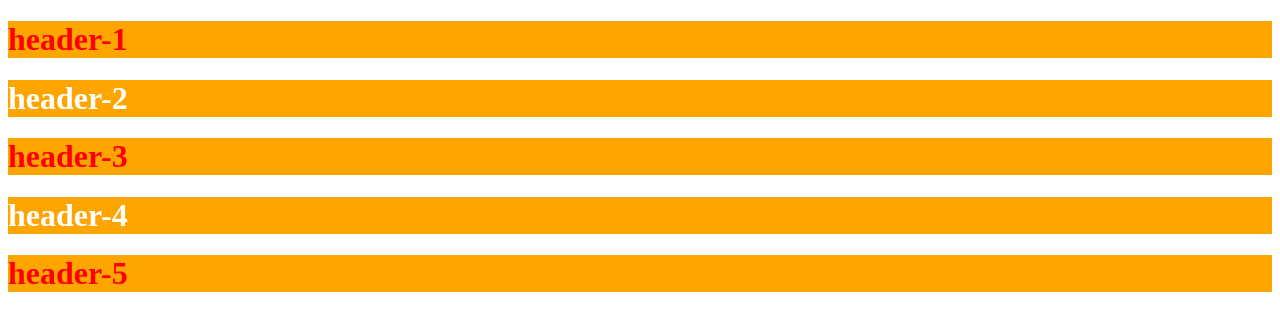
Repository: KYJIN1024/kic_jquery
Page: http://localhost/JQueryEx01/jquery29.jsp
An editor plug-in stored every save of this project. The page is shown before and after the next save, followed by the edit.
The browser window is 1280 px wide. The pictures show the whole page.
The page is served by Tomcat 9.

Above is the page before, as saved 2023-05-16 00:51:58.

After the next save:
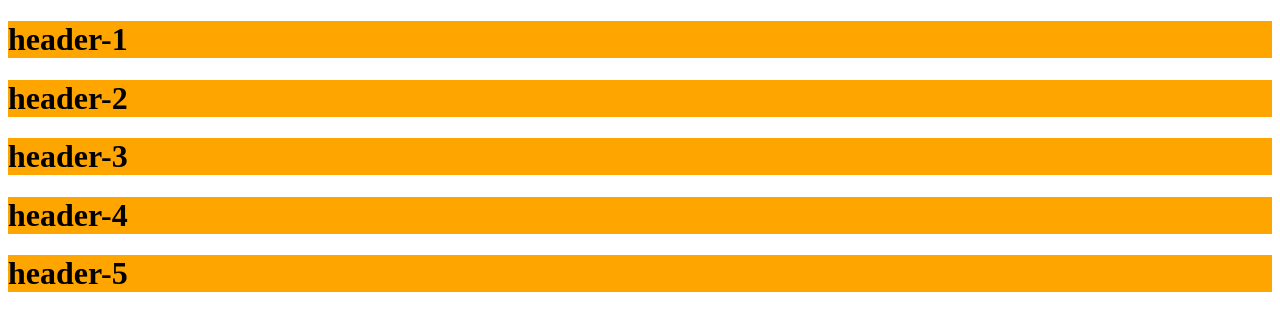
Console error: TypeError: $(...).css(...).$ is not a function
Saved 78 s later.
--- a/JQueryEx01/src/main/webapp/jquery29.jsp
+++ b/JQueryEx01/src/main/webapp/jquery29.jsp
@@ -9,9 +9,11 @@
 <script src="https://ajax.googleapis.com/ajax/libs/jquery/3.6.4/jquery.min.js"></script>
 <script>
 	$( document ).ready( function() {
-	 $('h1').css('background-color', 'orange');
-	 $('h1').filter(':even').css('color','red' );
-	 $('h1').filter(':odd').css('color','white' );
+	// $('h1').css('background-color', 'orange');
+	// $('h1').filter(':even').css('color','red' );
+	// $('h1').filter(':odd').css('color','white' );
+
+	$('h1').css('background-color', 'orange').$('h1').filter(':even').css('color','red' ).$('h1').filter(':odd').css('color','white' );
 	})
 
 </script>

After the 2 saves that followed:
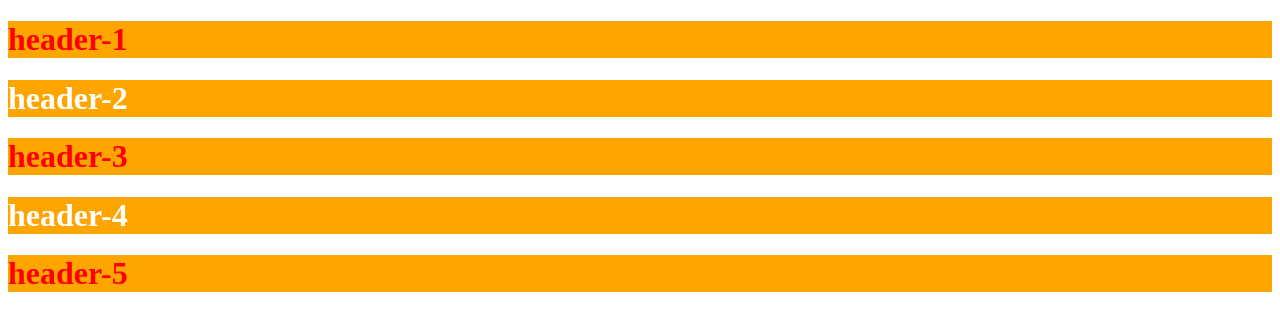
The error is gone.
The 2 saves are shown as one change because 1 left the picture as it was.
The last was saved 108 s later.
--- a/JQueryEx01/src/main/webapp/jquery29.jsp
+++ b/JQueryEx01/src/main/webapp/jquery29.jsp
@@ -13,8 +13,11 @@
 	// $('h1').filter(':even').css('color','red' );
 	// $('h1').filter(':odd').css('color','white' );
 
-	$('h1').css('background-color', 'orange').$('h1').filter(':even').css('color','red' ).$('h1').filter(':odd').css('color','white' );
-	})
+	$('h1').css('background-color', 'orange')
+		.filter(':even').css('color','red' )
+		.end()
+		.filter(':odd').css('color','white' );
+	});
 
 </script>
 </head>
